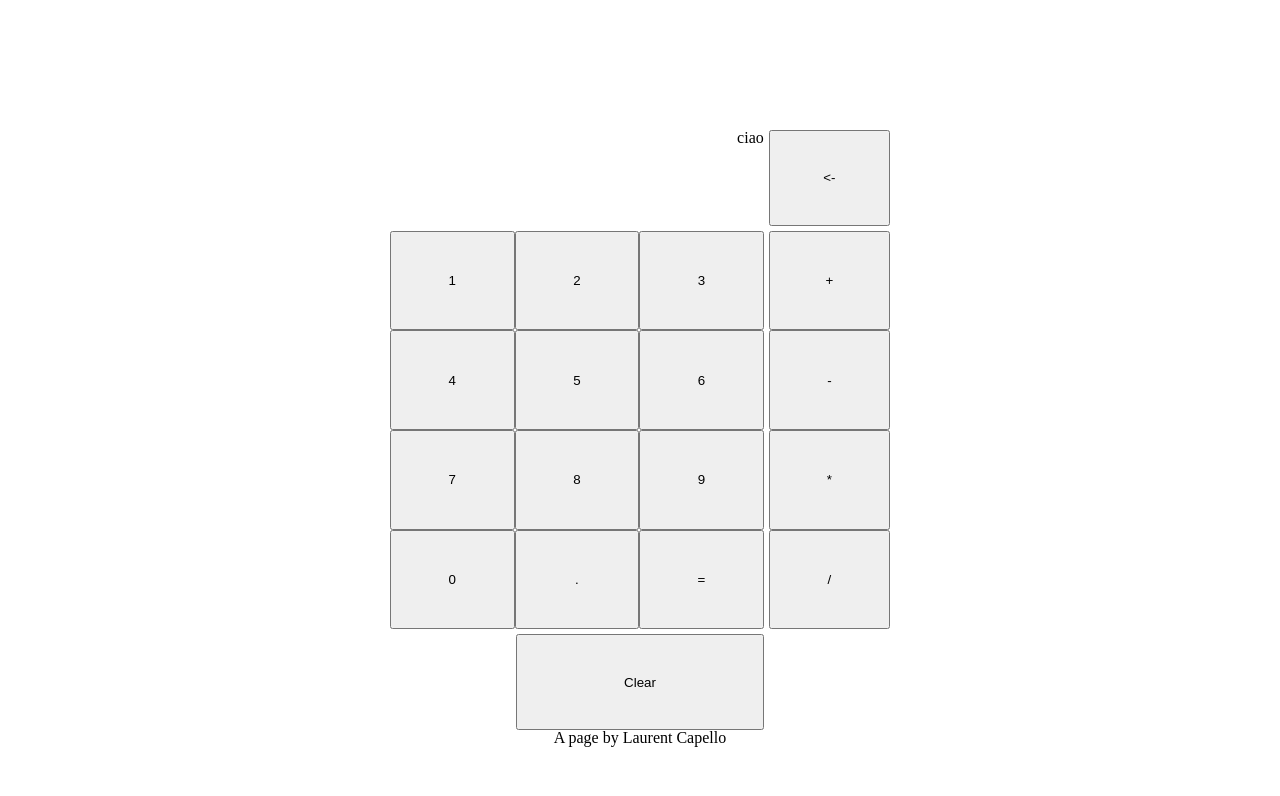
Repository: sokafootball/js-calculator
Page: index.html
The author's editor kept a copy of each file at every save. The page is drawn from the files as they stood at one save, then again after a run of saves.
The browser window is 1280 px wide. The pictures show the whole page.

Above is the page before, as saved 2020-04-26 12:50:25.

### index.html
<html>
<head>
  <link rel="stylesheet" type="text/css" href="reset.css">
  <link rel="stylesheet" type="text/css" href="style.css">
  <!--<link rel="stylesheet" type="text/css" href="wireframe.css">-->
</head>
<body>
<main id="main">
  <div id="calculator">
    <p id="display">ciao</p>
    <button id="backspace" class="button"><-</button>
    <div id="numpad">
      <button class="button">1</button>
      <button class="button">2</button>
      <button class="button">3</button>
      <button class="button">4</button>
      <button class="button">5</button>
      <button class="button">6</button>
      <button class="button">7</button>
      <button class="button">8</button>
      <button class="button">9</button>
      <button class="button">0</button>
      <button class="button">.</button>
      <button class="button">=</button>
    </div>
    <div id="operators">
      <button class="button">+</button>
      <button class="button">-</button>
      <button class="button">*</button>
      <button class="button">/</button>
    </div>
    <button id="clear-button" class="button">Clear</button>
  </div>
</main>
<footer id="footer">
  <p>A page by <span id="signature">Laurent Capello</span></p>
</footer>
<script type="text/javascript" src="script.js"></script>
</body>
</html>

### style.css
body{
  align-items: center;
  display: flex;
  flex-direction: column;
  justify-content: space-between;
}

#backspace{
  grid-area: backspace;
}

#calc-top{
  margin-bottom: 40px;
}

#clear-button{
  grid-area: clear;
}

#display{
  text-align: right;
  grid-area: display;
  vertical-align: middle;
}

#calculator{
  display: grid;
  gap: 5px 5px;
  grid-template-areas:
    "display display display backspace"
    "numpad numpad numpad operators"
    "numpad numpad numpad operators"
    "numpad numpad numpad operators"
    "numpad numpad numpad operators"
    ". clear clear .";
  grid-template-columns: repeat(4, 1fr);
  grid-template-rows: repeat(6, 1fr);
  height: 600px;
  margin-top: 130px;
  width: 500px;
}

#footer{
  margin-bottom: 50px;
}

#numpad{
  display: grid;
  grid-area: numpad;
  grid-template-columns: repeat(3, 1fr);
  grid-template-rows: repeat(4, 1fr);
}

#operators{
  display: flex;
  flex-direction: column;
  justify-content: space-evenly;
  grid-area: operators;
}

#operators button{
  flex-grow: 1;
}

### wireframe.css
button, div, p {
  border: 1px solid black;
}

Loaded but not shown: reset.css (common file); script.js (no copy from this time; the picture is the same without it)

After the next 2 saves:
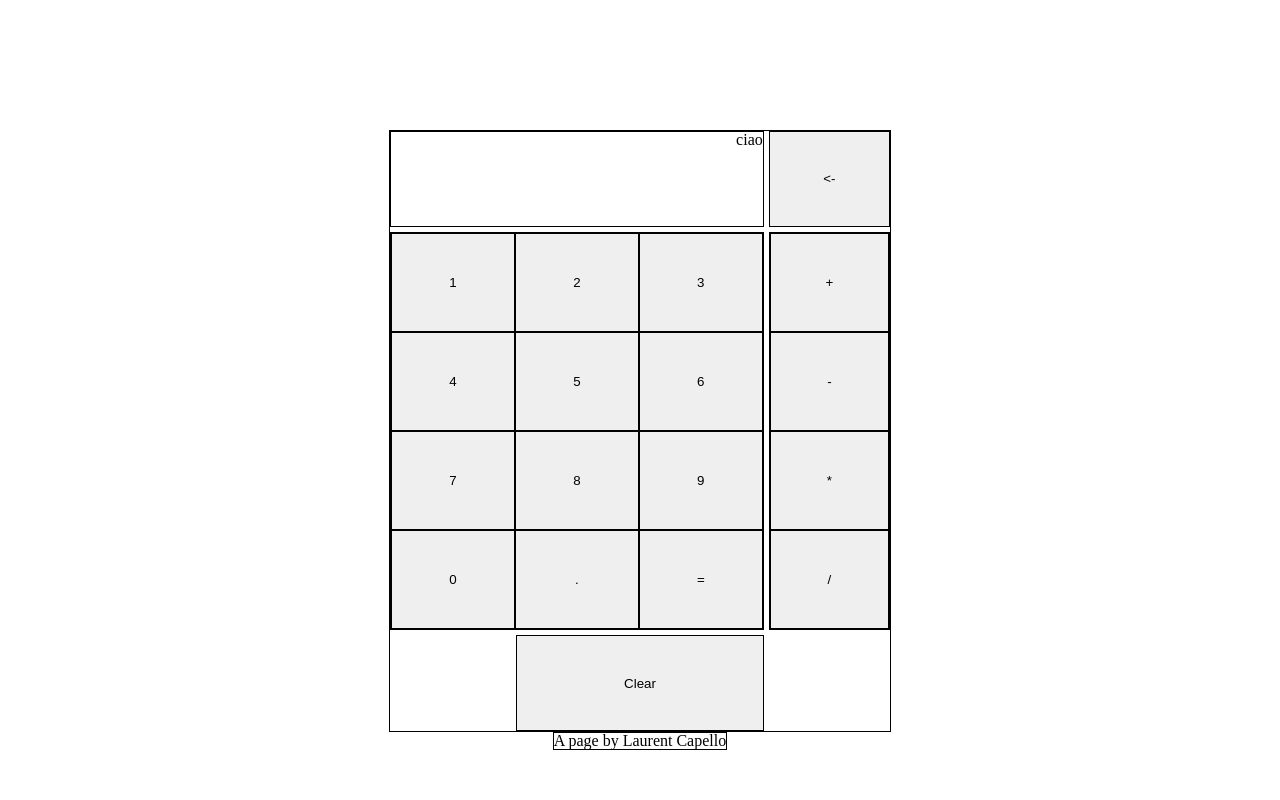
The 2 saves are shown as one change because they came seconds apart.
The last was saved 22 s later.
--- a/index.html
+++ b/index.html
@@ -2,7 +2,7 @@
 <head>
   <link rel="stylesheet" type="text/css" href="reset.css">
   <link rel="stylesheet" type="text/css" href="style.css">
-  <!--<link rel="stylesheet" type="text/css" href="wireframe.css">-->
+  <link rel="stylesheet" type="text/css" href="wireframe.css">
 </head>
 <body>
 <main id="main">
